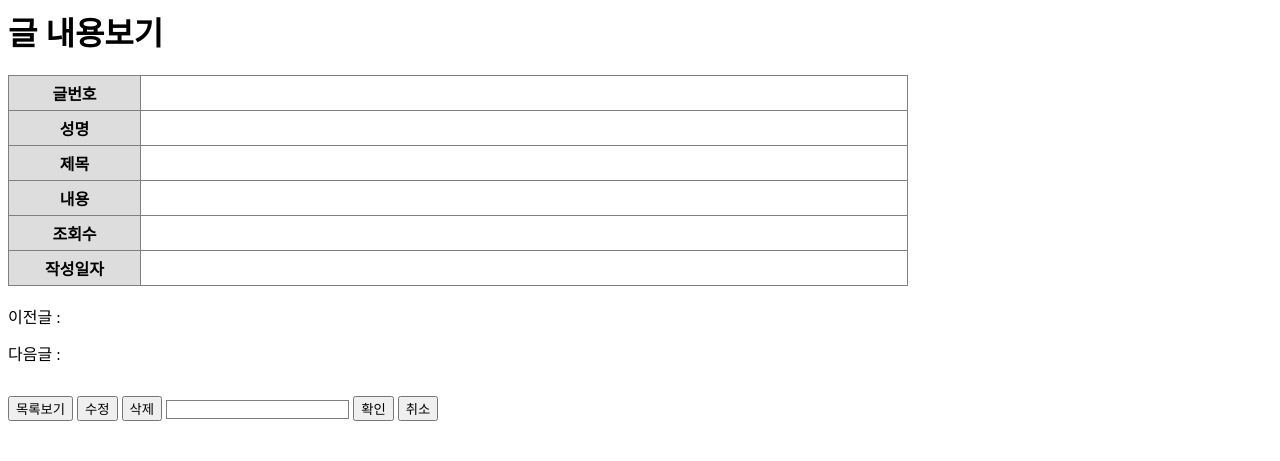
Repository: gold37/Spring
Page: http://localhost/Board/WEB-INF/views/tiles1/board/view.jsp
The author's editor kept a copy of each file at every save. The page is drawn from the files as they stood at one save, then again after the next save.
The browser window is 1280 px wide. The pictures show the whole page.
The page is served by Tomcat 9. Nobody is signed in. The template is opened directly, without the code that normally fills it, so the values that code supplies are empty.

Above is the page before, as saved 2020-07-17 05:30:28.
Console error: ReferenceError: $ is not defined

After the next save:
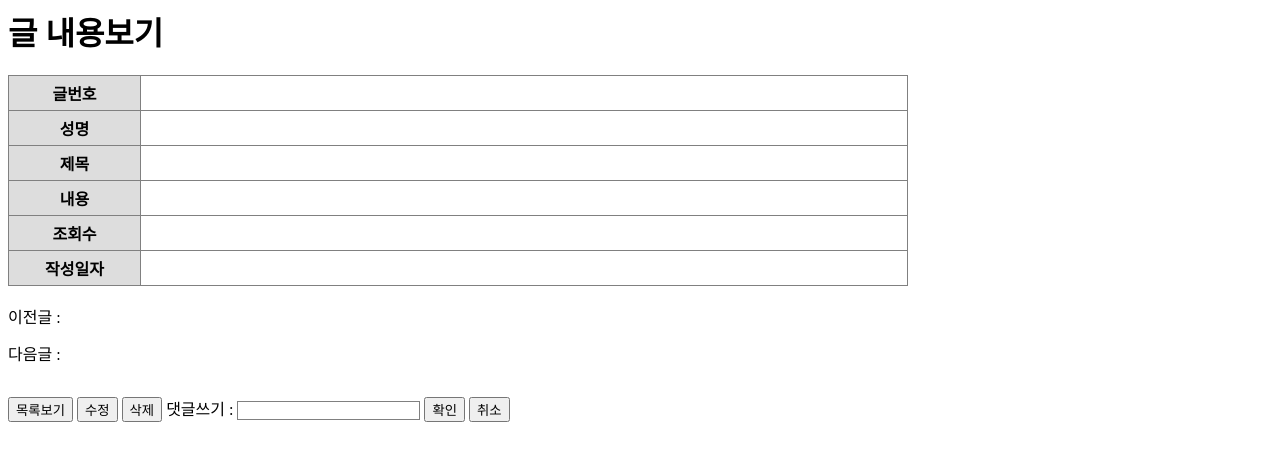
Saved 17 s later.
--- a/springworkspace/Board/src/main/webapp/WEB-INF/views/tiles1/board/view.jsp
+++ b/springworkspace/Board/src/main/webapp/WEB-INF/views/tiles1/board/view.jsp
@@ -96,7 +96,7 @@ a {text-decoration: none !important;}
 
 
 
-	<input type="text" >
+	댓글쓰기 : <input type="text" >
 	<button>확인</button>
 	<button>취소</button>
 
